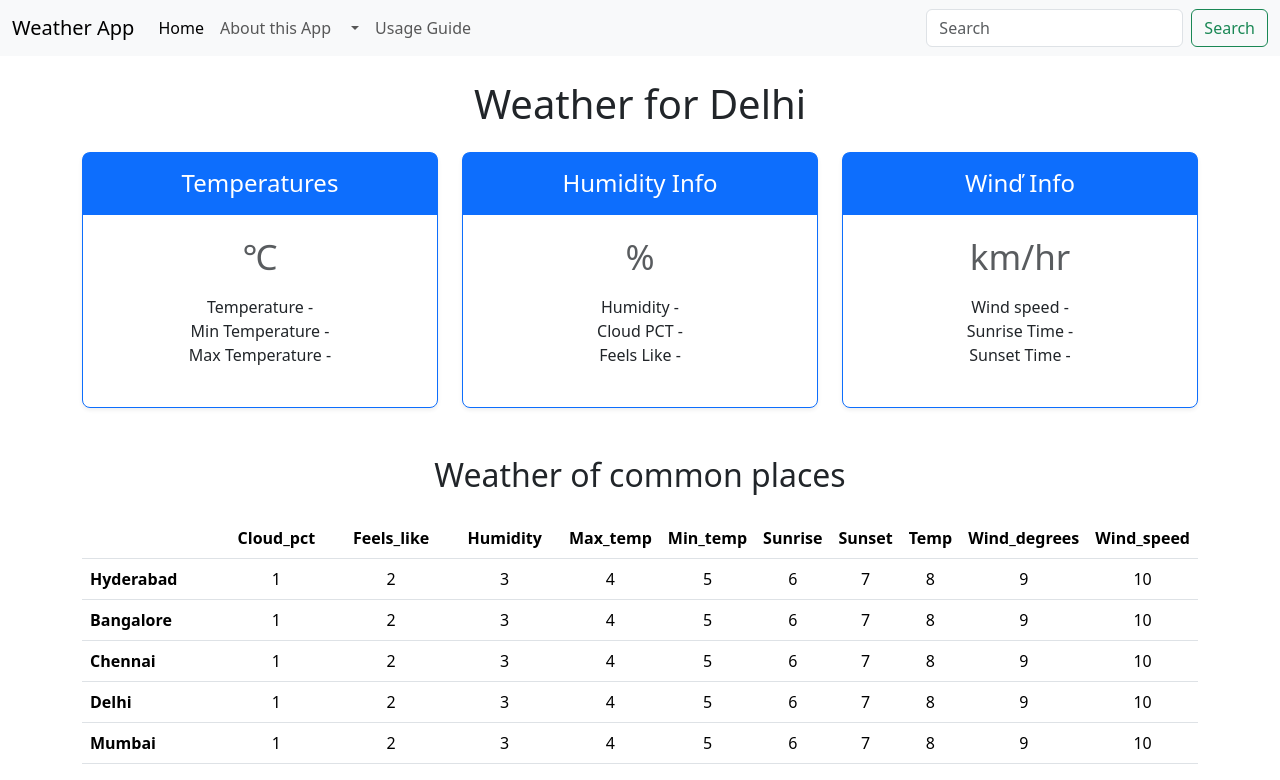
Repository: Abhilash2909/weather
Page: index.html
The author's editor kept a copy of each file at every save. The page is drawn from the files as they stood at one save, then again after the next save.
The browser window is 1280 px wide. The pictures show the whole page.
The page's requests for data from a server got no answer.

Above is the page before, as saved 2024-02-11 17:12:18.

After the next save:
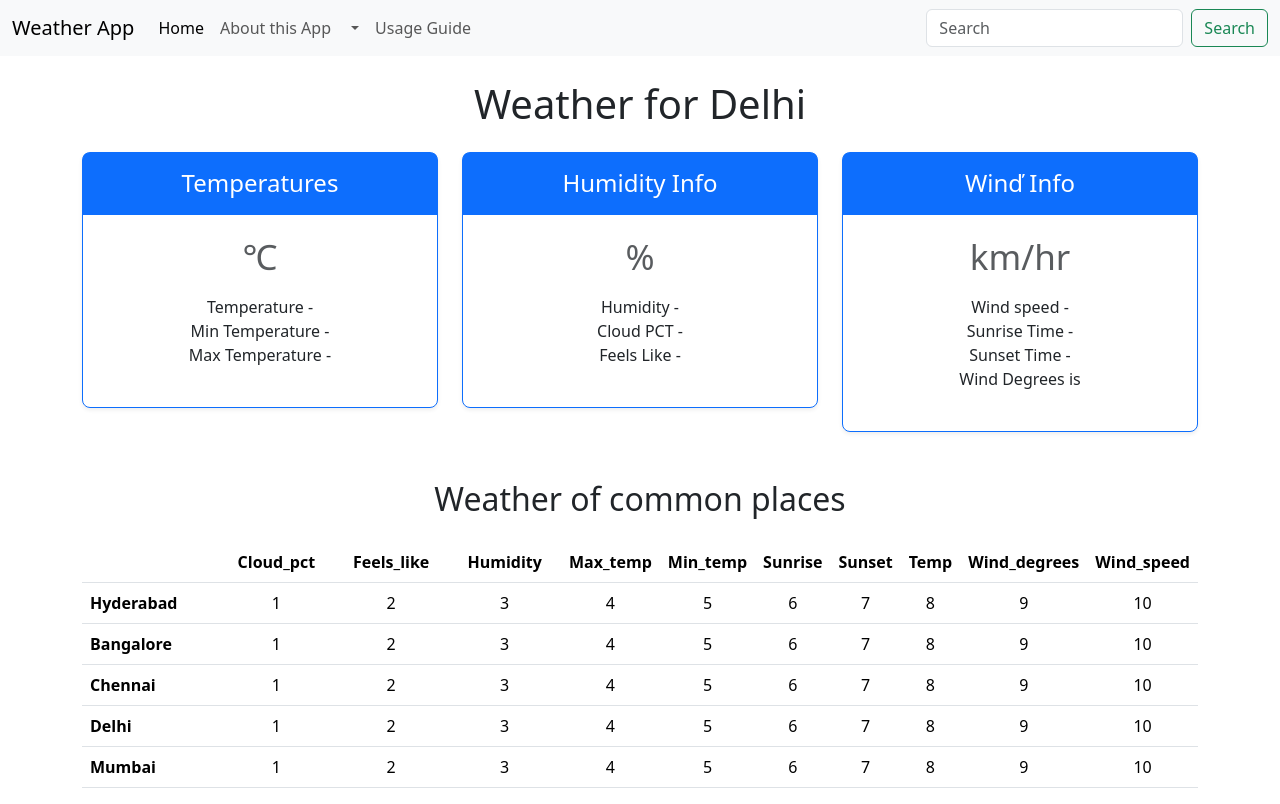
Saved 22 s later.
--- a/index.html
+++ b/index.html
@@ -90,7 +90,7 @@
                   <li>Wind speed - <span id="wind_speed" ></span></li>
                   <li>Sunrise Time - <span id="sunrise" ></span></li>
                   <li>Sunset Time - <span id="sunset" ></span></li>
-                  <!-- <li>Wind Degrees is <span id="wind_degrees" ></span></li> -->
+                  <li>Wind Degrees is <span id="wind_degrees" ></span></li>
                 </ul>
                 <!-- <button type="button" class="w-100 btn btn-lg btn-primary">Contact us</button> -->
               </div>

After the save that followed:
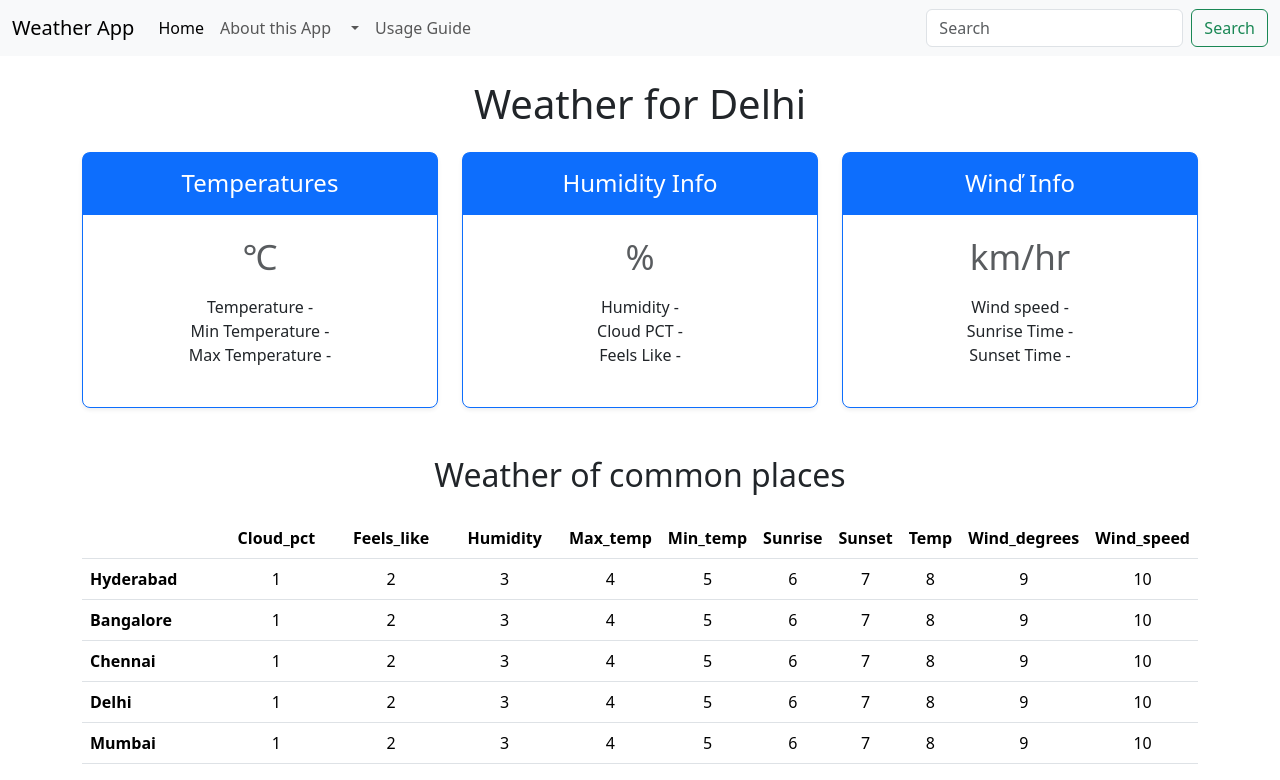
Saved 6 s later.
--- a/index.html
+++ b/index.html
@@ -90,7 +90,7 @@
                   <li>Wind speed - <span id="wind_speed" ></span></li>
                   <li>Sunrise Time - <span id="sunrise" ></span></li>
                   <li>Sunset Time - <span id="sunset" ></span></li>
-                  <li>Wind Degrees is <span id="wind_degrees" ></span></li>
+                  <!-- <li>Wind Degrees is <span id="wind_degrees" ></span></li> -->
                 </ul>
                 <!-- <button type="button" class="w-100 btn btn-lg btn-primary">Contact us</button> -->
               </div>
